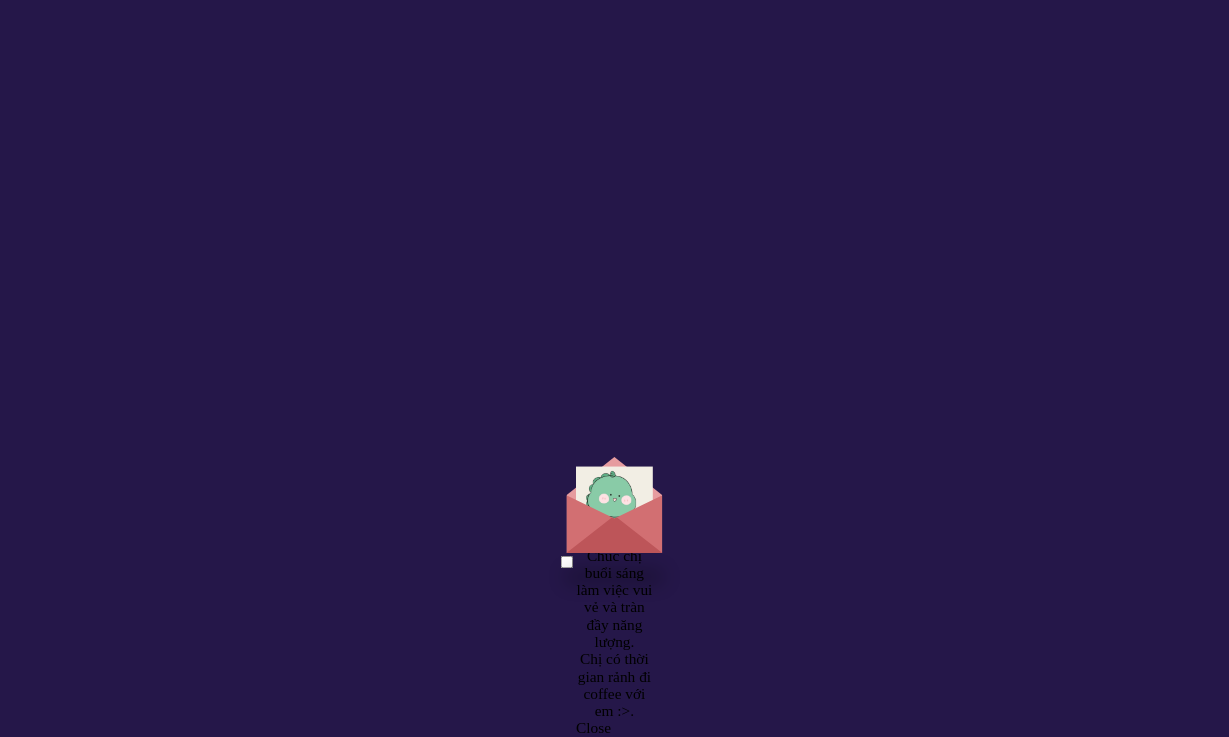
Repository: Dangtrinh28/letter
Page: index.html
These files come from the project's save history. The page is drawn as it stood at one moment and after a run of saves; the edit follows.
The browser window is 1280 px wide. The pictures show the whole page, at 96% of full size.

Above is the page before, as saved 2022-12-15 23:49:20.

After the next 2 saves:
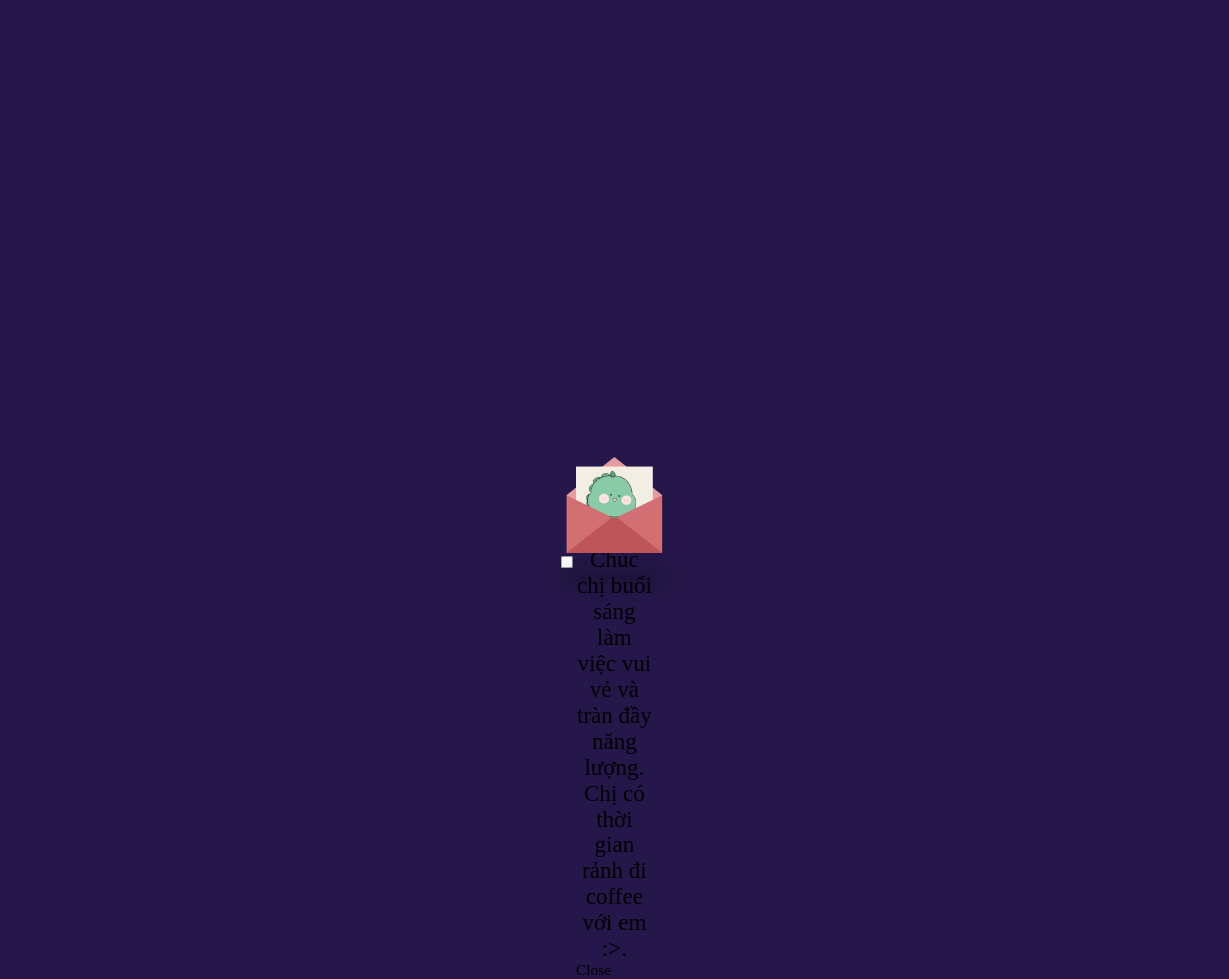
The 2 saves are shown as one change because they came seconds apart.
The last was saved 6 s later.
--- a/main.css
+++ b/main.css
@@ -93,5 +93,5 @@ input:checked ~ .content {
 .desc {
     width: 100%;
     text-align: center;
-    font-size: ;
+    font-size: x-large;
 }
